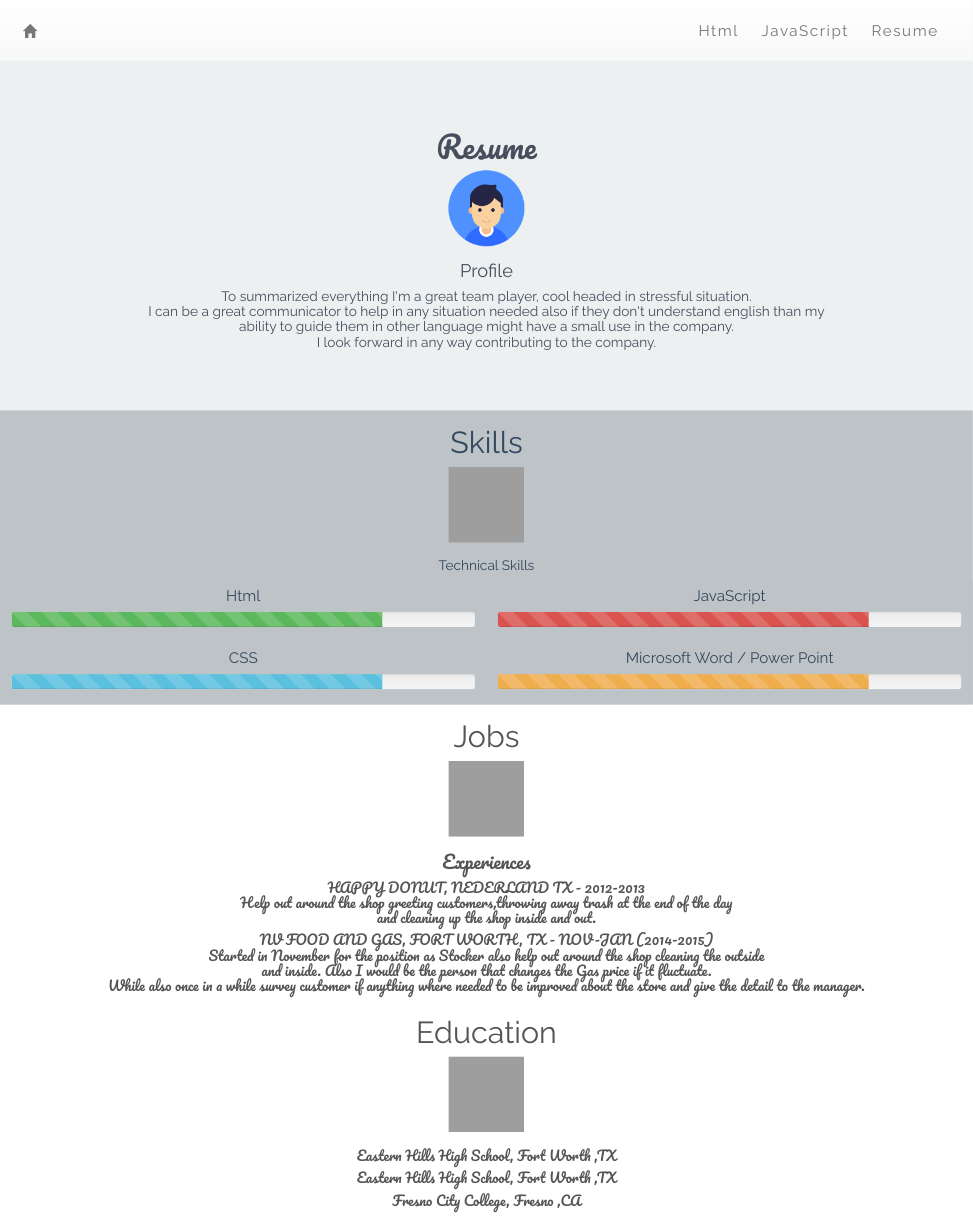
Repository: Milineam6162/workspace
Page: Resume/resume.html
The author's editor kept a record of every edit. The page is drawn from the files as they stood at one moment, then again after the next edit.
The browser window is 1280 px wide. The pictures show the whole page, at 76% of full size.
Pictures or frames that could not be fetched are drawn as grey boxes. Some web libraries are served in a nearby version.

Above is the page before.

### Resume/resume.html
<!DOCTYPE html>
<html>
    <head>
        <title>Home</title>
        <script src="https://ajax.googleapis.com/ajax/libs/jquery/2.1.4/jquery.min.js"></script>
        <link rel="stylesheet" href="resume.css" type="text/css" />
        <link rel="stylesheet" href="https://maxcdn.bootstrapcdn.com/bootstrap/3.3.6/css/bootstrap.min.css" integrity="sha384-1q8mTJOASx8j1Au+a5WDVnPi2lkFfwwEAa8hDDdjZlpLegxhjVME1fgjWPGmkzs7" crossorigin="anonymous">
        <link rel="stylesheet" href="http://maxcdn.bootstrapcdn.com/bootstrap/3.3.5/css/bootstrap.min.css">
        <link rel="stylesheet" href="https://maxcdn.bootstrapcdn.com/bootstrap/3.3.6/css/bootstrap-theme.min.css" integrity="sha384-fLW2N01lMqjakBkx3l/M9EahuwpSfeNvV63J5ezn3uZzapT0u7EYsXMjQV+0En5r" crossorigin="anonymous">
       <link href='https://fonts.googleapis.com/css?family=Raleway' rel='stylesheet' type='text/css'>
        <link href='https://fonts.googleapis.com/css?family=Pacifico' rel='stylesheet' type='text/css'>
        <link href="http://fonts.googleapis.com/css?family=Montserrat" rel="stylesheet">
        <script src="https://maxcdn.bootstrapcdn.com/bootstrap/3.3.6/js/bootstrap.min.js" integrity="sha384-0mSbJDEHialfmuBBQP6A4Qrprq5OVfW37PRR3j5ELqxss1yVqOtnepnHVP9aJ7xS" crossorigin="anonymous"></script>
        <meta name="viewport" content="width=device-width, initial-scale=1">
    </head>
    <body>
        <nav class="nav navbar-default" >
            <div class="container-fluid">
                <div class="navbar-header">
                    <button type="button" class="navbar-toggle" data-toggle="collapse" data-target="#myNavbar">
                        <span class="icon-bar"></span>
                        <span class="icon-bar"></span>
                        <span class="icon-bar"></span>
                    </button>
                    <a class="navbar-brand glyphicon glyphicon-home" href="#"></a>
                </div>
                <div class="collapse navbar-collapse navbar-right" id="myNavbar">
                        <ul class="nav navbar-nav">
                            <li><a href="../Htm/Htm.html">Html</a></li>
                            <li><a href="../Java/java.html">JavaScript</a></li>
                            <li><a href="../Resume/resume.html">Resume</a></li>
                        </ul>
                    </div>
            </div>
        </nav>
<!-- Body Text Content -->
        <div class="container-fluid bg-1 text-center">
          <h2 class="Title">Resume</h2>
          <img class="icons" src="../Img/Icons/person.png" class="img-responsive img-circle " style="display:inline" alt="person" width="100" height="100">
          <h3>Profile</h3>
          <h4 class="">To summarized everything I'm a great team player, cool headed in stressful situation.<br />
          I can be a great communicator to help in any situation needed also if they don't understand english than my <br />
          ability to guide them in other language might have a small use in the company. <br />
          I look forward in any way contributing to the company.
        </div>
        <div class="container-fluid bg-2 text-center">
          <h2 class="title2">Skills</h2>
          <img class="icons" src="https://cdn1.iconfinder.com/data/icons/finance-items/512/idea_lightbulb_light_bulb_creative_concept_solution_creativity_flat_design_icon-512.png" class="img-responsive img-circle " style="display:inline" alt="person" width="100" height="100">
          <h3></h3>
          <h4 class="">Technical Skills</h4>

         <div class="row">
          <div class="col-md-6">
              <h4 class="bartext"> Html </h4>
          <div class="progress">
              <div class="progress-bar progress-bar-success progress-bar-striped" role="progressbar" aria-valuenow="40" aria-valuemin="0" aria-valuemax="100" style="width: 80%">
                <span class="sr-only">80% Complete (success)</span>
              </div>
            </div>
            </div>
             <div class="col-md-6">
              <h4 class="bartext"> JavaScript </h4>
          <div class="progress">
              <div class="progress-bar progress-bar-danger progress-bar-striped" role="progressbar" aria-valuenow="40" aria-valuemin="0" aria-valuemax="100" style="width: 80%">
                <span class="sr-only">80% Complete (success)</span>
              </div>
            </div>
            </div>
        </div>
        <div class="row">
          <div class="col-md-6">
              <h4 class="bartext"> CSS </h4>
          <div class="progress">
              <div class="progress-bar progress-bar-info progress-bar-striped" role="progressbar" aria-valuenow="40" aria-valuemin="0" aria-valuemax="100" style="width: 80%">
                <span class="sr-only">80% Complete (success)</span>
              </div>
            </div>
            </div>
            <div class="col-md-6">
              <h4 class="bartext"> Microsoft Word / Power Point </h4>
          <div class="progress">
              <div class="progress-bar progress-bar-warning progress-bar-striped" role="progressbar" aria-valuenow="40" aria-valuemin="0" aria-valuemax="100" style="width: 80%">
                <span class="sr-only">80% Complete (success)</span>
              </div>
            </div>
            </div>
        </div>
          </div>
        <div class="container-fluid bg-3 text-center">
          <h2 class="title2">Jobs</h2>
          <img class="icons" src="https://cdn4.iconfinder.com/data/icons/marketing-and-business-flat-icons/512/briefcase_work_documents_marketing_business_flat_icon_symbol-512.png" class="img-responsive img-circle " style="display:inline" alt="person" width="100" height="100">
          <h3>Experiences</h3>
          <h4 class="">HAPPY DONUT, NEDERLAND TX - 2012-2013 <br />
                       Help out around the shop greeting customers,throwing away trash at the end of the day <br />
                       and cleaning up the shop inside and out.
          </h4>
          <h4>
              NV FOOD AND GAS, FORT WORTH, TX - NOV-JAN (2014-2015) <br />
              Started in November for the position as Stocker also help out around the shop cleaning the outside <br />
              and inside. Also I would be the person that changes the Gas price if it fluctuate. <br />While also once in a while survey customer if anything where needed to be improved about the store and give the detail to the manager.
          </h4>
        </div>
                <div class="container-fluid bg-3 text-center">
          <h2 class="title2">Education</h2>
          <img class="icons" src="http://www.ernestogbustamante.com/wp-content/uploads/2015/05/Case-Study1.png" class="img-responsive img-circle " style="display:inline" alt="person" width="100" height="100">
          <h3></h3>
          <h4 class="">Eastern Hills High School, Fort Worth ,TX</h4>
          <h4 class="">Eastern Hills High School, Fort Worth ,TX</h4>
          <h4 class="">Fresno City College, Fresno ,CA</h4>
        </div>
    </body>
</html>

### Resume/resume.css
.navbar-default {
    padding-top: 15px;
    padding-bottom: 15px;
    border: 0;
    border-radius: 0;
    margin-bottom: 0;
    font-size: 20px;
    letter-spacing: 2px;
    color: #1abc9c;
    font-family:'Raleway', 'helvetica';
  }
.navbar-nav  li a:hover {
      color: #1abc9c !important;
  }
body {
      font-family:'Raleway', 'helvetica';
      font-size:20px;
      line-height: 1.8;
      color: #f5f6f7;
}
.icons{
        transition-duration: 0.8s;
    transition-property: transform;
    overflow:hidden;
}
.bg-1 {
      background-color: #ecf0f1; /* Green */
      color: #474e5d;
       padding-top: 70px;
      padding-bottom: 70px;
      font-family:'Raleway', 'helvetica';
}
.bg-2 {
      background-color: #bdc3c7; /* Dark Blue */
      color: #34495e;
      font-family:'Raleway', 'helvetica';

}
.col-md-6 {
      background-color: #bdc3c7; /* Dark Blue */
      color: #34495e;
      font-family:'Raleway', 'helvetica';

}
.bg-3 {
      background-color: #ffffff; /* White */
      color: #555555;
      font-family:'Pacifico', 'helvetica';
 }
.Title {
    font-family:'Pacifico','helvetica' ;
    font-size:40px;
}
.gif{
    border-radius:10%;
    width:400px;
}
.title2 {
    font-family:'Raleway','helvetica' ;
    font-size:40px;
}
.bartext {
    font-family:'Raleway','helvetica' ;
    font-size:20px;
}

After the next edit:
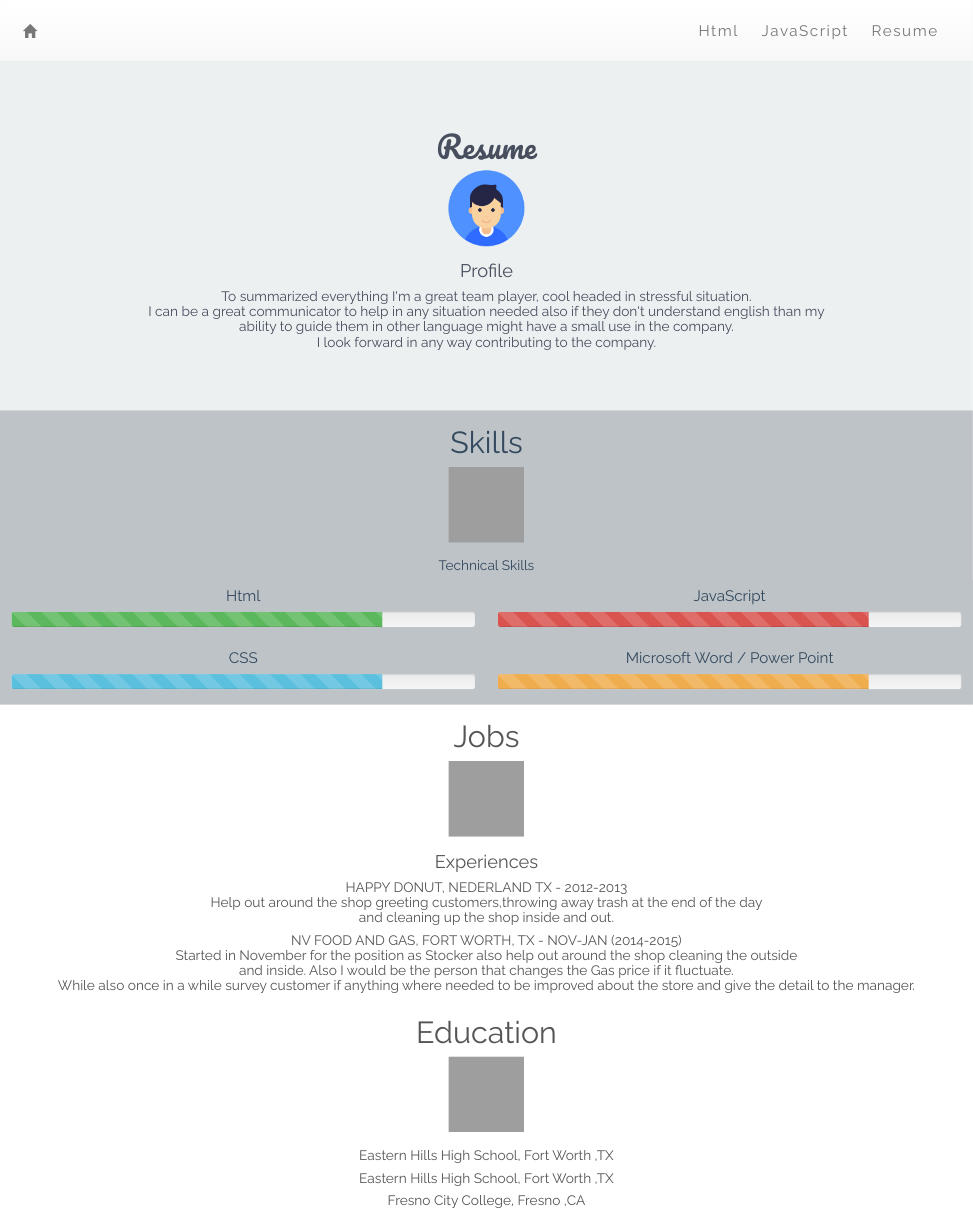
The edit:
--- a/Resume/resume.css
+++ b/Resume/resume.css
@@ -45,7 +45,12 @@
 .bg-3 {
       background-color: #ffffff; /* White */
       color: #555555;
-      font-family:'Pacifico', 'helvetica';
+      font-family:'Raleway', 'helvetica';
+ }
+ .bg-4 {
+      background-color: #4CAF50; /* White */
+      color: #555555;
+      font-family:'Raleway', 'helvetica';
  }
 .Title {
     font-family:'Pacifico','helvetica' ;
